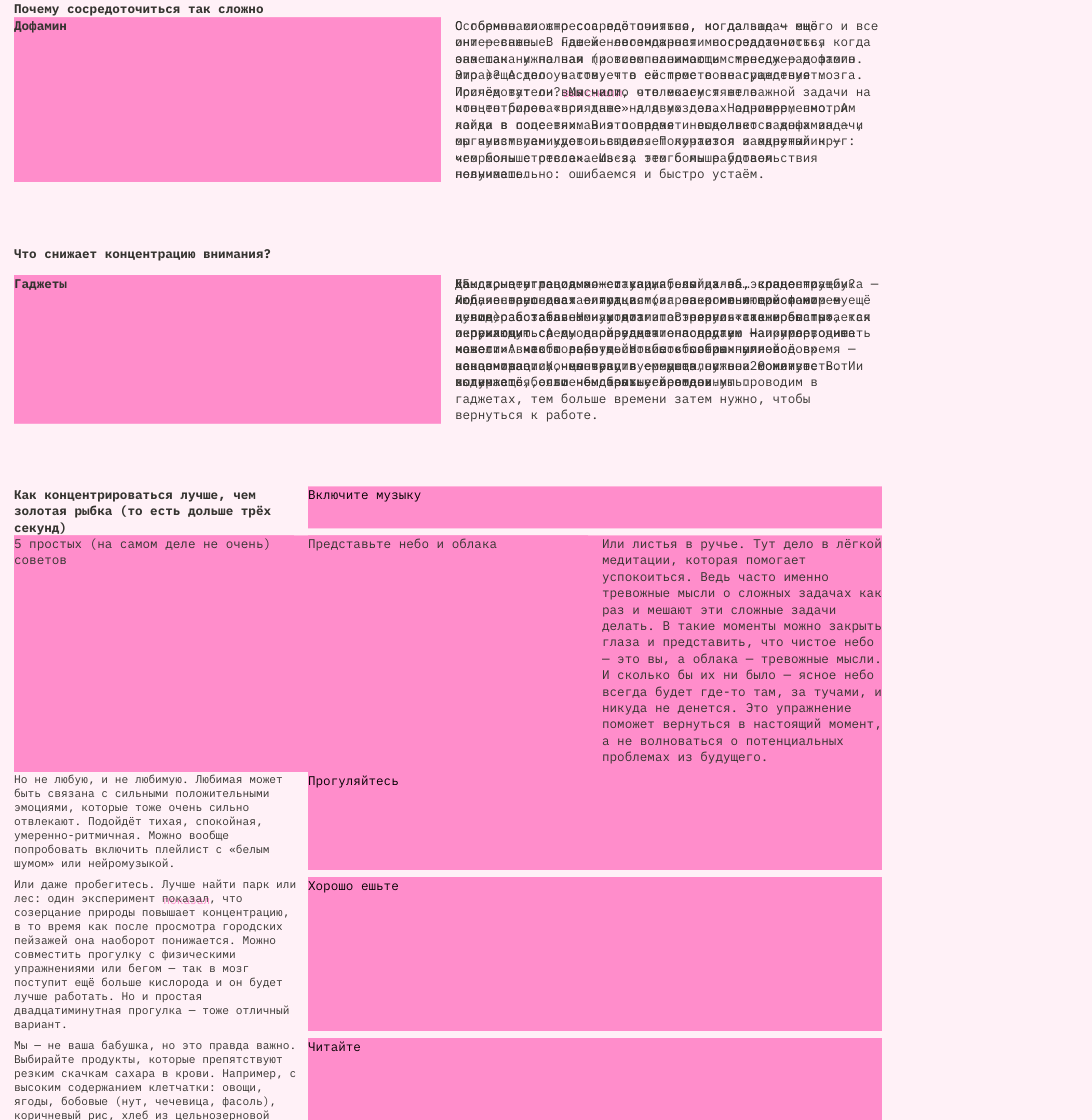
Repository: NikWolf75/slozhno-sosredotochitsya-fd
Page: index.html
An editor plug-in stored every save of this project. The page is shown before and after the next save, followed by the edit.
The browser window is 1280 px wide. The page is 1560 px wide, so the pictures cover 1560 px, including what lies to the right of the window. The pictures show the part of the page from y = 827 to 2427 px (the page is 7201 px tall before and 7191 px after), at 70% of full size.

Above is the page before, as saved 2025-02-27 23:27:14.

### index.html
<!DOCTYPE html>
<html lang="ru">
  <head>
    <meta charset="UTF-8" />
    <meta http-equiv="X-UA-Compatible" content="IE=edge" />
    <meta name="viewport" content="width=device-width, initial-scale=1.0" />
    <meta name="color-scheme" content="dark light" />
    <link rel="stylesheet" href="/fonts/fonts.css" />
    <link rel="stylesheet" href="/styles/globals.css" />
    <link rel="stylesheet" href="/styles/variables.css" />
    <link rel="stylesheet" href="/styles/style.css" />
    <link rel="stylesheet" href="/styles/dark.css" />
    <link rel="stylesheet" href="/styles/light.css" />
    <link rel="icon" href="/images/favicon.ico" sizes="any" />
    <link rel="icon" href="/images/favicon.svg" type="image/svg+xml" />
    <title>Сложно сосредоточиться</title>
    <script src="./scripts/script.js"></script>
  </head>
  <body class="page">
    <header class="header decorated-zone">
      <p class="rec_element">REC</p>
      <nav class="header__theme-menu">
        <ul class="header__theme-menu-list">
          <li class="header__theme-menu-item">
            <button
              class="header__theme-menu-button header__theme-menu-button_type_light"
            >
              День
            </button>
          </li>
          <li class="header__theme-menu-item">
            <button
              class="header__theme-menu-button header__theme-menu-button_active header__theme-menu-button_type_auto"
              disabled
            >
              Авто
            </button>
          </li>
          <li class="header__theme-menu-item">
            <button
              class="header__theme-menu-button header__theme-menu-button_type_dark"
            >
              Неон
            </button>
          </li>
        </ul>
      </nav>
      <h1 class="title_main">no focus</h1>
      <div class="title-decor">
        <p>Что делать, когда не можешь делать ничего</p>
        <p>
          Или почему нам так сложно сконцентрироваться, особенно когда очень
          надо
        </p>
      </div>
    </header>
    <main class="content">
      <section class="content__section">
        <h2 class="question_text">Почему сосредоточиться так сложно</h2>
        <article class="answer">
          <h3 class="content__answer-short">Многозадачность</h3>
          <p class="answer_large">
            Особенно сложно сосредоточиться, когда задач много и все они —
            важные. Где же легендарная многозадачность, когда она так нужна вам
            (и всем нанимающим менеджерам этого мира)? А дело в том, что её
            просто не существует. Исследователи
            <a class="link-text" href="#0">выяснили</a>, что мозгу тяжело
            концентрироваться даже на двух делах одновременно. А когда в поле
            внимания попадает несколько важных задач, организм паникует и
            выделяет кортизол и адреналин — «гормоны стресса». Из-за этого мы
            работаем невнимательно: ошибаемся и быстро устаём.
          </p>
        </article>
        <article class="answer">
          <h3 class="content__answer-short">Дофамин</h3>
          <p class="answer_large">
            С гормонами стресса всё понятно, но дальше — ещё интереснее. В нашей
            невозможности сосредоточиться замешана и полная противоположность
            стрессу — дофамин. Это вещество участвует в системе вознаграждения
            мозга. Причём тут он? Мы часто отвлекаемся от важной задачи на
            что-то более «приятное» для мозгов. Например, смотрим лайки в
            соцсетях. В это время и выделяется дофамин — и мы чувствуем
            удовольствие. Получается замкнутый круг: чем больше отвлекаешься,
            тем больше удовольствия получаешь.
          </p>
        </article>
      </section>
      <section class="content__section content__question">
        <h2 class="question_text">Что снижает концентрацию внимания?</h2>
        <article class="answer">
          <h3 class="content__answer-short">Многозадачность</h3>
          <p class="answer_large">
            Как концентрация может снижаться из-за… концентрации? Любая
            стрессовая ситуация (и резко меняющийся мир в целом) заставляет наш
            мозг постоянно «сканировать» окружающую среду на предмет опасности.
            Например, читать новости вместо работы. Но быть собранными всё время
            — невозможно. Концентрация — мышца, и она может не выдержать, если
            не давать ей отдохнуть.
          </p>
        </article>
        <article class="answer">
          <h3 class="content__answer-short">Еда</h3>
          <p class="answer_large">
            «Быстрые углеводы» — сахар, белый хлеб, сладости — молниеносно
            доставляют в мозг энергию и помогают ему лучше работать. Но уходит
            эта энергия также быстро, как и приходит. А мы в результате попадаем
            на «углеводные качели»: как только действие «быстрых углеводов»
            заканчивается, мы чувствуем усталость и сонливость. И хотим ещё
            больше быстрых углеводов.
          </p>
        </article>
        <article class="answer">
          <h3 class="content__answer-short">Гаджеты</h3>
          <p class="answer_large">
            Да-да, это та самая ситуация, когда на экране ноутбука — код, в
            наушниках — подкаст, а на компьютере фоном — ещё и видео с забавными
            утятами. В результате мозг пытается переключиться с одной задачи на
            другую — и просто не может. А чтобы вернуться к состоянию полной
            концентрации, человеку в среднем нужно 20 минут. Вот и получается,
            что чем больше времени мы проводим в гаджетах, тем больше времени
            затем нужно, чтобы вернуться к работе.
          </p>
        </article>
      </section>
      <section class="content__section">
        <h2 class="question_text">
          Как концентрироваться лучше, чем золотая рыбка (то есть дольше трёх
          секунд)
        </h2>
        <article class="answer advice">
          <h3 class="content__answer-short sub_content__answer-short">
            5 простых (на самом деле не очень) советов
          </h3>
          <h4 class="advice">
            Представьте небо и облака
          </h4>
          <p class="answer_large">
            Или листья в ручье. Тут дело в лёгкой медитации, которая помогает
            успокоиться. Ведь часто именно тревожные мысли о сложных задачах как
            раз и мешают эти сложные задачи делать. В такие моменты можно
            закрыть глаза и представить, что чистое небо — это вы, а облака —
            тревожные мысли. И сколько бы их ни было — ясное небо всегда будет
            где-то там, за тучами, и никуда не денется. Это упражнение поможет
            вернуться в настоящий момент, а не волноваться о потенциальных
            проблемах из будущего.
          </p>
        </article>
          <h4 class="advice">
            Включите музыку
          </h4>
          <p class="answer_large">
            Но не любую, и не любимую. Любимая может быть связана с сильными
            положительными эмоциями, которые тоже очень сильно отвлекают.
            Подойдёт тихая, спокойная, умеренно-ритмичная. Можно вообще
            попробовать включить плейлист с «белым шумом» или нейромузыкой.
          </p>
          <h4 class="advice">
            Прогуляйтесь
          </h4>
          <p class="answer_large">
            Или даже пробегитесь. Лучше найти парк или лес: один эксперимент
            <a class="link-text" href="#0">показал</a>, что созерцание природы
            повышает концентрацию, в то время как после просмотра городских
            пейзажей она наоборот понижается. Можно совместить прогулку с
            физическими упражнениями или бегом — так в мозг поступит ещё больше
            кислорода и он будет лучше работать. Но и простая двадцатиминутная
            прогулка — тоже отличный вариант.
          </p>
          <h4 class="advice">
            Хорошо ешьте
          </h4>
          <p class="answer_large">
            Мы — не ваша бабушка, но это правда важно. Выбирайте продукты,
            которые препятствуют резким скачкам сахара в крови. Например, с
            высоким содержанием клетчатки: овощи, ягоды, бобовые (нут, чечевица,
            фасоль), коричневый рис, хлеб из цельнозерновой пшеницы.
          </p>
          <h4 class="advice">
            Читайте
          </h4>
          <p class="answer_large">
            Настоящие бумажные книги. Это правда помогает с концентрацией: чтобы
            прочитать пост в соцсети, достаточно нескольких минут или даже
            секунд. А вот интересная книга способна затянуть и на несколько
            часов и круто тренирует направленное внимание.
          </p>
        </article>
      </section>
      <section class="content__section content__gallery">
        <h2 class="content__answer-short">А можно в картинках?</h2>
        <div class="gallery">
          <figure class="gallery__item">
            <img
              class="content__section-image"
              src="./images/sunset.png"
              alt="Вид острова на закате"
              loading="lazy"
            />
          </figure>
          <figure class="gallery__item">
            <img
              class="gallery__section-image"
              src="./images/ice-cream.png"
              alt="Чаша с мороженным"
              loading="lazy"
            />
          </figure>
          <figure class="gallery__item">
            <img
              class="gallery__section-image"
              src="./images/tape.png"
              alt="Кассета"
              loading="lazy"
            />
          </figure>
          <figure class="gallery__item">
            <img
              class="gallery__section-image"
              src="./images/books.png"
              alt="Стопка книг"
              loading="lazy"
            />
          </figure>
          <figure class="gallery__item">
            <img
              class="gallery__section-image"
              src="./images/street.png"
              alt="Улица"
              loading="lazy"
            />
          </figure>
        </div>
      </section>
    </main>
    <footer class="footer decorated-zone">
      <h2 class="title_main footer__title">focus</h2>
    </footer>
  </body>
</html>

### styles/globals.css
*,
*::before,
*::after {
  box-sizing: border-box;
}

body {
  min-inline-size: 375px;
  max-inline-size: 1440px;
  margin: 0 auto;
}

h1,
h2,
h3,
h4,
h5,
h6,
p {
  margin: 0;
}

ul {
  margin: 0;
  padding: 0;
  list-style: none;
}

picture {
  margin: 0;
  padding: 0;
}

button,
a {
  font-family: inherit;
  font-size: inherit;
  line-height: inherit;
  color: currentColor;
}

### styles/variables.css
:root {
  --main-font: 'IBM Plex mono';
}

### styles/style.css
.page {
  display: flex;
  flex-direction: column;
  font-family: var(--main-font), monospace;
  block-size: min-content;
  position: relative;
  font-weight: 700;
  background-color: var(--main-background-color);
  background-image: var(--main-background-image);
  background-attachment: fixed;
  background-position: center;
  background-size: cover;
  background-repeat: no-repeat;
 }

.decorated-zone {
  position: relative;
}

.decorated-zone::after,
.decorated-zone::before {
  position: absolute;
  inline-size: 25px;
  block-size: 25px;
  content: "";
  border: 1px solid var(--corner-color);
}

.decorated-zone::after {
  border-top: none;
  border-right: none;
  bottom: 10px;
  left: 10px;
}

.decorated-zone::before {
  border-left: none;
  border-bottom: none;
  right: 10px;
  top: 10px;
}

@media (width >= 768px) {
  .decorated-zone::after {
    bottom: 20px;
    left: 20px;
  }
}

@media (width >= 768px) {
  .decorated-zone::before {
    right: 20px;
    top: 20px;
  }
}

.rec_element {
  position: absolute;
  align-self: start;
  justify-self: end;
  margin: 0;
  right: 10px;
  margin-right: 28px;
  font-size: 18px;
  grid-column: 3;
  grid-row: 1;
  color: var(--accent-color);
  gap: 10px;
}

@media (width >= 768px) {
  .rec_element {
    right: 20px;
  }
}

.rec_element::after {
  content: "";
  border-radius: 50%;
  position: absolute;
  top: 8px;
  left: 44px;
  background: var(--accent-color);
  width: 10px;
  height: 10px;
  box-shadow: 0 0 4px 2px var(--accent-color)
}

.header {
  display: grid;
  grid-template-columns: repeat(3, 1fr);
  grid-template-rows: 1fr min-content 1fr;
  align-items: center;
  justify-items: end;
  position: relative;
  block-size: min(668px, 100vh);
  padding: 10px;
  inline-size: 100%;
 }

 @media (width >= 768px) {
  .header {
    padding: 20px 20px 20px 0;
    block-size: max(1024px, 100vh);
  }
 }

 @media (width >= 1024px) {
  .header {
    block-size: max(768px, 100vh);
  }
 }

 .header__theme-menu {
  grid-column: 3;
  grid-row: 1;
  justify-self: end;
  align-self: center;
}

@media (width >= 1024px) {
  .header__theme-menu {
    grid-column: 1 / -1;
    align-self: start;
    justify-self: center;
    margin-left: 20px;
  }
 }

.header__theme-menu-list {
  display: flex;
  flex-direction: column;
  list-style: none;
  row-gap: 10px;
}

@media (width >= 1024px) {
  .header__theme-menu-list {
    display: flex;
    flex-direction: row;
    column-gap: 10px;
  }
 }

.header__theme-menu-button {
  font-family: inherit;
  background: transparent;
  font-size: 18px;
  color: var(--menu-color);
  border: none;
  text-transform: lowercase;
  border: none;
  height: 26px;
  padding-right: 13px;
  padding-left: 13px;
}

.header__theme-menu-bitton:hover {
  outline: 1px solid var(--menu-color-rgb);
}

.header__theme-menu-button_active {
  outline: 1px solid var(--menu-color);
}

.header__theme-menu-button:focus {
  outline: none;
  text-decoration: underline;
}

.header__theme-menu-button:focus-visible {
  outline: none;
  text-decoration: underline;
}

.title_main {
  font-family: inherit;
  font-size: clamp(7.25rem, 7.0115rem + 1.0178vw, 7.5rem);
  line-height: 95.7px;
  color: var(--title-short-text-color);
  text-shadow: 4px 4px 0 var(--accent-color);
  justify-self: start;
  grid-column: 1 / -1;
  grid-row: 2;
}

@media (width >= 1024px) {
  .title_main {
    line-height: 129.5px;
  }
}

@media (width >= 768px) {
  .title_main {
    font-size: clamp(7.5rem, 0.5625rem + 14.4531vw, 9.8125rem);
    font-weight: 700;
    line-height: 99px;
  }
}

.title-decor {
  font-weight: 700;
  font-family: var(--main-font), monospace;
  font-size: 18px;
  line-height: 23.4px;
  background-color: var(--accent-color);
  color: var(--title-text-color);
  grid-row: 3;
  grid-column: 1 / -1;
  border: 1px solid var(--main-background-color);
  margin: 0;
  justify-self: end;
  align-self: center;
}

@media (width >= 768px) {
  .title-decor {
    max-width: 49%;
  }
}

.content {
  display: flex;
  box-sizing: border-box;
  flex-direction: column;
  padding: 40px 10px 0 10px;
  row-gap: 50px;
}

@media (width >= 768px) {
  .content {
    padding: 60px 20px 20px 20px;
    row-gap: 80px;
  }
}

@media (width >= 768px) {
  .content__section {
    display: grid;
    grid-template-columns: 1fr 2fr;
    column-gap: 20px;
  }
}

@media (width >= 1024px) {
  .content__section {
    column-gap: 10px;
  }
}

.content__what, .answer {
  margin-bottom: 20px;
}

.content__what, .answer:last-of-type {
  margin-bottom: 0;
}

.content__gallery, .content__answer-short {
  font-size: 18px;
}

@media (width >= 768px) and (width < 1024px) {
  .content__question,
  .content__gallery {
    display: grid;
    grid-template-columns: repeat(3, 1fr);
    grid-template-rows: min-content, 1fr;
    row-gap: 20px;
  }

  .content__question, .question_text {
    grid-row: 1;
    grid-column: 1;
  }

  .content__question, .answer {
    grid-row: 2;
    grid-column: 1 / -1;
    margin-bottom: 20px;
  }

  .content__gallery, .content__answer-short {
    grid-row: 1;
    grid-column: 1 / -1;
    margin: 0;
  }

  .content__gallery, .gallery {
    grid-row: 2;
    grid-column: 1 / -1;
  }
}

@media (width >= 1024px) {
  .content__question,
  .content__gallery {
    display: grid;
    grid-template-columns: repeat(3, 1fr);
    row-gap: 20px;
  }

  .content__question, .question_text {
    grid-row: 1;
    grid-column: 1;
  }

  .content__question, .answer {
    display: grid;
    grid-row: 2;
    grid-column: 1 / -1;
    column-gap: 20px;
    grid-template-columns: repeat(auto-fit, minmax(calc((100% - 40px) / 3), 1fr));
  }

  .content__gallery, .answer-short {
    grid-row: 1;
    grid-column: 1 / -1;
    margin: 0;
  }

  .content__gallery, .gallery {
    grid-row: 2;
    grid-column: 1 / -1;
  }
}

.question_text {
  font-family: var(--main-font), monospace;
  font-size: 18px;
  font-weight: 700;
  line-height: 23.5px;
  color: var(--question-text-color);
  margin: 0;
  margin-bottom: 20px;
}

@media (width >= 768px) {
  .question_text {
    padding-right: 9px;
    margin-bottom: 0;
  }
}

.answer {
  font-family: var(--main-font), monospace;
  font-size: 18px;
  font-weight: 700;
  line-height: 23.5px;
  color: var(--answer-short-text-color);
}

.advices {
  display: flex;
  flex-direction: column;
}

.content_how {
  display: flex;
  flex-direction: column;
}

.content__answer-short {
  color: var(--answer-short-text-color);
  background-color: var(--accent-color);
  margin: 0;
  margin-bottom: 10px;
  font-family: inherit;
  font-size: inherit;
  font-weight: inherit;
  line-height: inherit;
}

.sub_content__answer-short {
  margin-bottom: 20px;
}

.answer_large {
  font-family: inherit;
  font-size: inherit;
  font-weight: 400;
  line-height: inherit;
  color: var(--answer-text-color);
  margin: 0;
  padding-bottom: 10px;
}

.answer, .answer_large:last-of-type {
  margin-bottom: 0;
}

.link-text {
  text-decoration: none;
  color: inherit;
  text-shadow: 2px 2px 0 var(--shadow-accent-color);
}

.link-text:hover {
  border-bottom: 1px solid var(--menu-color);
}

.link-text:focus {
  outline: none;
  border: none;
}

.link-text:focus-visible {
  outline: 1px solid var(--answer-text-color);
  border: 1px solid transparent;
  color: var(--answer-text-color);
}

.advice {
  font-family: var(--main-font), monospace;
  font-size: 18px;
  font-weight: 400;
  background-color: var(--accent-color);
  line-height: 23.4px;
  margin: 0 0 10px 0;
}

.gallery {
  display: grid;
  grid-template-columns: 1fr;
  grid-template-rows: 142px 355px 237px 355px 237px;
  gap: 10px;
  grid-auto-flow: dense;
  margin-bottom: 40px;
}

.gallery__item {
  margin: o;
}

.gallery__section-image {
  object-fit: cover;
  inline-size: 100%;
  block-size: 100%;
}

@media (width >= 1024px) {
  .gallery {
    grid-template-rows: 260px 315px 433px;
  }
}

.footer {
  display: grid;
  height: 100vh;
  padding: 10px;
  block-size: max(668px, 100vh);
  grid-template-columns: 1fr;
  grid-template-rows: 1fr min-content 1fr;
}

@media (width >= 768px) {
  .footer {
    padding: 20px;
    block-size: max(1024px, 100vh);
  }
}

@media (width >= 1024px) {
  .footer {
    block-size: max(768px, 100vh);
  }
}

.footer_title {
  justify-self: center;
}

### styles/dark.css
:root.theme-dark {
  --title-short-text-color: #DB00FF;
  --header-background-image: url(../images/cover-image-dark.png);
  --title-text-color: #000028;
  --accent-color: #FF0070;
  --menu-color: #FF0070;
  --menu-color-rgb: rgba(255, 0, 112, 0.4);
  --shadow-accent-color: #FF0070;
  --main-background-color: #000028;
  --answer-text-color: #F1B2CE;
  --answer-short-text-color: #000028;
  --question-text-color: #FF0070;
  --corner-color: #FF0070;
}

.theme-dark .page {
  /* Вам также нужно будет написать ряд подобных селекторов */
}

.theme-dark li {
  outline: none;
}

@media (prefers-color-scheme: dark) {
  :root {
    /* сохраните этот селектор в приведённом виде.
      Так стили написанные ниже будут иметь больший вес,
      чем стили в медиазапросе предпочтений пользователя
    */
    --title-short-text-color: #DB00FF;
    --header-background-image: url(../images/cover-image-dark.png);
    --title-text-color: #000028;
    --accent-color: #FF0070;
    --menu-color: #FF0070;
    --menu-color-rgb: rgba(255, 0, 112, 0.4);
    --shadow-accent-color: #FF0070;
    --main-background-color: #000028;
    --answer-text-color: #F1B2CE;
    --answer-short-text-color: #000028;
    --question-text-color: #FF0070;
    --corner-color: #FF0070;
  }

  li {
    outline: none;
  }
}

### styles/light.css
:root.theme-light {
  --title-short-text-color: #FFC2E6;
  --header-background-image: url(../images/cover-image-light.png);
  --title-text-color: #353430;
  --accent-color: #FF8DCB;
  --menu-color: #353430;
  --menu-color-rgb: rgba(53, 52, 48, 0.4);
  --shadow-accent-color: #FF8DCB;
  --main-background-color: #FFF1F7;
  --answer-text-color: #353430;
  --answer-short-text-color: #353430;
  --question-text-color: #353430;
  --corner-color: #353430;
}

.theme-light .page .rec_element {
  display: none;
}

.theme-light .rec_element::after {
  display: none;
}

.theme-light li {
  outline: none;
}

@media (prefers-color-scheme: light) {
  :root {
    --title-short-text-color: #FFC2E6;
    --header-background-image: url(../images/cover-image-light.png);
    --title-text-color: #353430;
    --accent-color: #FF8DCB;
    --menu-color: #353430;
    --menu-color-rgb: rgba(53, 52, 48, 0.4);
    --shadow-accent-color: #FF8DCB;
    --main-background-color: #FFF1F7;
    --answer-text-color: #353430;
    --answer-short-text-color: #353430;
    --question-text-color: #353430;
    --corner-color: #353430;
  }


  .theme-light .rec_element {
    display: none;
  }

  .theme-auto .rec_element {
    display: none;
  }

  .rec_element .rec_element::after {
    display: none;
  }

  li {
    outline: none;
  }
}

### scripts/script.js
(function initTheme() {
  const theme = localStorage.getItem('theme');
  if (theme) {
    setTheme(theme);
  }
})();

document.addEventListener('DOMContentLoaded', () => {
  const currentTheme = [...document.documentElement.classList]
    .find((cn) => cn.startsWith('theme-'))
    ?.replace('theme-', '');
  const themeButtons = [
    ...document.querySelectorAll('.header__theme-menu-button'),
  ];
  setActiveButton(themeButtons, currentTheme);

  themeButtons.forEach((button) => {
    button.addEventListener('click', () => {
      const chosenTheme = [...button.classList]
        .find((cn) => cn.includes('_type_'))
        .split('_type_')[1];
      setTheme(chosenTheme);
      setActiveButton(themeButtons, chosenTheme);
    });
  });
});

function setTheme(theme) {
  document.documentElement.className = '';
  document.documentElement.classList.add(`theme-${theme}`);
  localStorage.setItem('theme', theme);
}

function setActiveButton(buttonsArray, theme) {
  buttonsArray.forEach((button) => {
    button.classList.remove('header__theme-menu-button_active');
    button.removeAttribute('disabled');
  });
  const target = buttonsArray.find((button) =>
    button.classList.contains(`header__theme-menu-button_type_${theme}`)
  );
  if (target) {
    target.classList.add('header__theme-menu-button_active');
    target.setAttribute('disabled', true);
  } else {
    const autoButton = document.querySelector(
      '.header__theme-menu-button_type_auto'
    );
    autoButton.classList.add('header__theme-menu-button_active');
    autoButton.setAttribute('disabled', true);
  }
}

Loaded but not shown: fonts/fonts.css (common file)

After the next save:
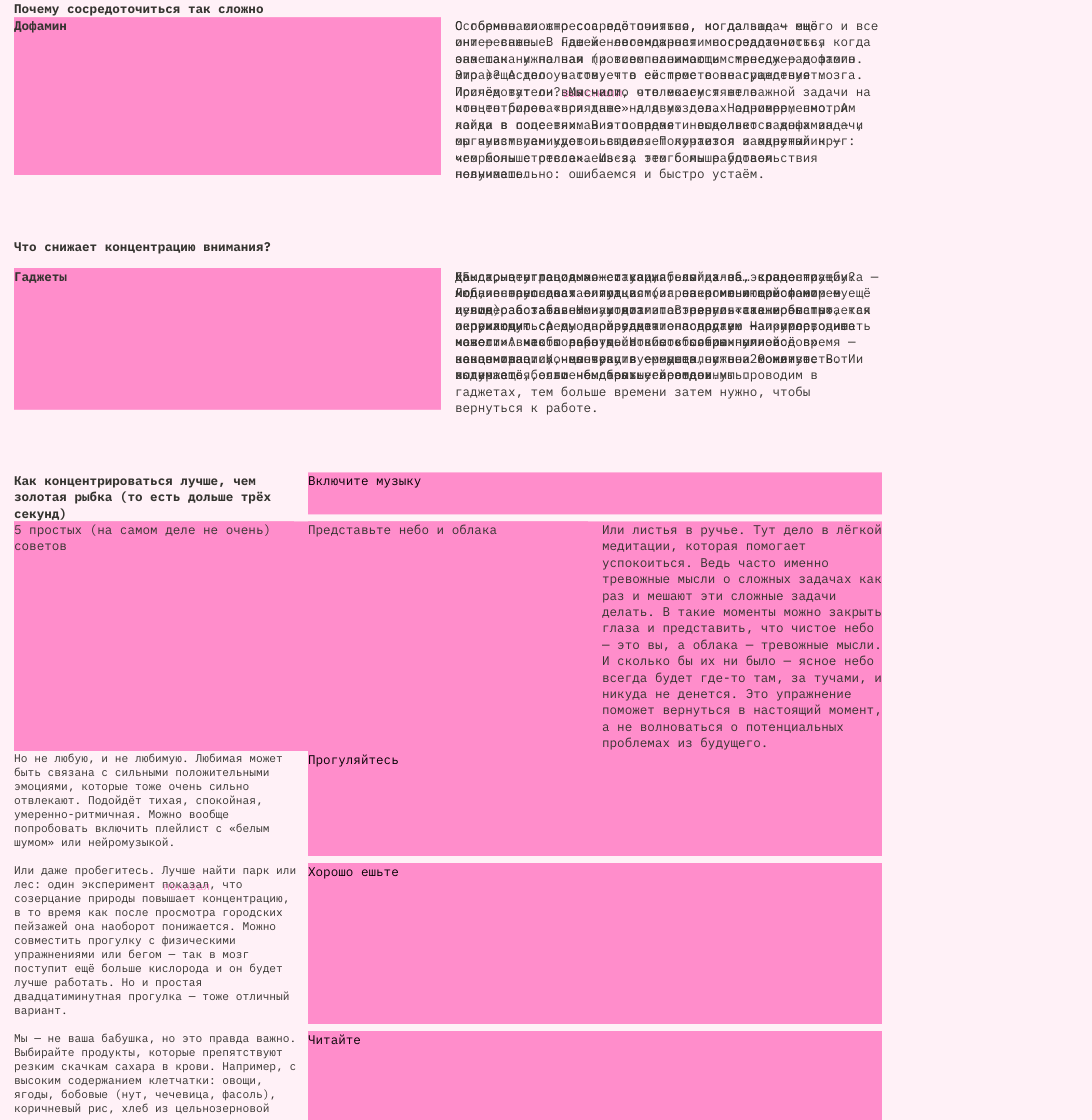
Saved 19 s later.
--- a/styles/style.css
+++ b/styles/style.css
@@ -382,7 +382,7 @@
   line-height: inherit;
   color: var(--answer-text-color);
   margin: 0;
-  padding-bottom: 10px;
+  margin-bottom: 20px;
 }
 
 .answer, .answer_large:last-of-type {
